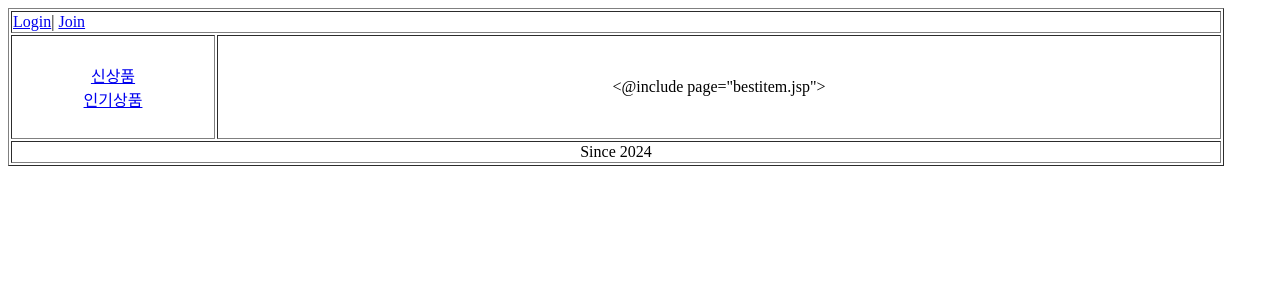
Repository: BancaKim/teamproject4
Page: http://localhost/JspDay3/Template/template.jsp
The author's editor kept a copy of each file at every save. The page is drawn from the files as they stood at one save, then again after a run of saves.
The browser window is 1280 px wide. The pictures show the whole page.
The page is served by Tomcat 9.

Above is the page before, as saved 2024-05-02 03:43:57.

### JspDay3/src/main/webapp/Template/template.jsp
<%@ page language="java" contentType="text/html; charset=EUC-KR"
    pageEncoding="EUC-KR"%>
<!DOCTYPE html>
<html>
<head>
<meta charset="EUC-KR">
<title>Insert title here</title>
</head>
<body>
    <%
        String select = request.getParameter("page");
        if (select == null) {
            select = "bestitem.jsp";
        }
    %>
<table border='1'>
<tr>
<td colspan="2"><%@ include file="top.jsp" %></td></tr>
<tr>
<td width="200px"><%@ include file="left.jsp" %></td>
<td width="1000px" height="100px">
<center>

<@include page="<%= select %>">
</center>
</td>
</tr>
<tr>
<td colspan="2"><%@ include file="bottom.jsp" %></td>
</tr>
</table>
</body>
</html>

### JspDay3/src/main/webapp/Template/top.jsp
<%@ page language="java" contentType="text/html; charset=EUC-KR"
    pageEncoding="EUC-KR"%>
<!DOCTYPE html>
<html>
<head>
<meta charset="EUC-KR">
<title>Insert title here</title>
</head>
<body>
<a href="#">Login</a>|
<a href="#">Join</a>
</body>
</html>

### JspDay3/src/main/webapp/Template/left.jsp
<%@ page language="java" contentType="text/html; charset=EUC-KR"
    pageEncoding="EUC-KR"%>
<!DOCTYPE html>
<html>
<head>
<meta charset="EUC-KR">
<title>Insert title here</title>
</head>
<body>
<center>
	<div><a href="?page=newitem">신상품</div>
	<div><a href="?page=bestitem">인기상품</div>
</center>
</body>
</html>

### JspDay3/src/main/webapp/Template/bottom.jsp
<%@ page language="java" contentType="text/html; charset=EUC-KR"
    pageEncoding="EUC-KR"%>
<!DOCTYPE html>
<html>
<head>
<meta charset="EUC-KR">
<title>Insert title here</title>
</head>
<body>
<center>
Since 2024
</center>
</body>
</html>

### JspDay3/src/main/webapp/Template/bestitem.jsp
<%@ page language="java" contentType="text/html; charset=EUC-KR"
    pageEncoding="EUC-KR"%>
<!DOCTYPE html>
<html>
<head>
<meta charset="EUC-KR">
<title>Insert title here</title>
</head>
<body width="1000px">
	인기 상품 목록입니다.
</body>
</html>

After the next 2 saves:
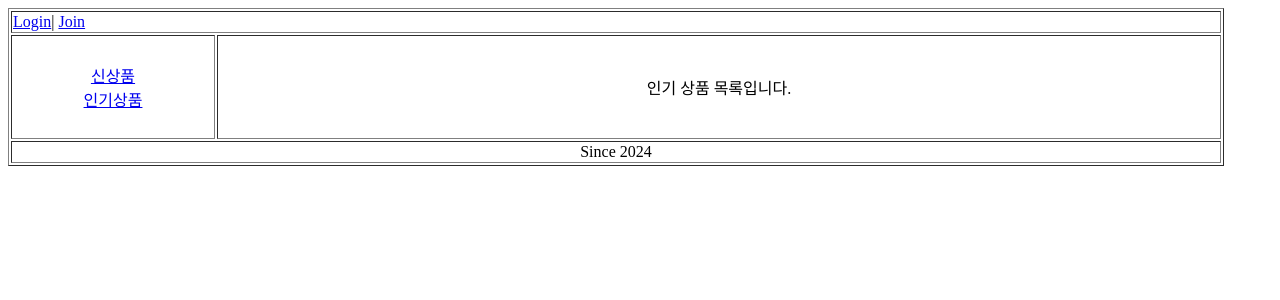
The 2 saves are shown as one change because 1 did not build or start.
The last was saved 81 min 11 s later.
--- a/JspDay3/src/main/webapp/Template/template.jsp
+++ b/JspDay3/src/main/webapp/Template/template.jsp
@@ -21,7 +21,7 @@
 <td width="1000px" height="100px">
 <center>
 
-<@include page="<%= select %>">
+<jsp:include page="<%= select %>" />
 </center>
 </td>
 </tr>
